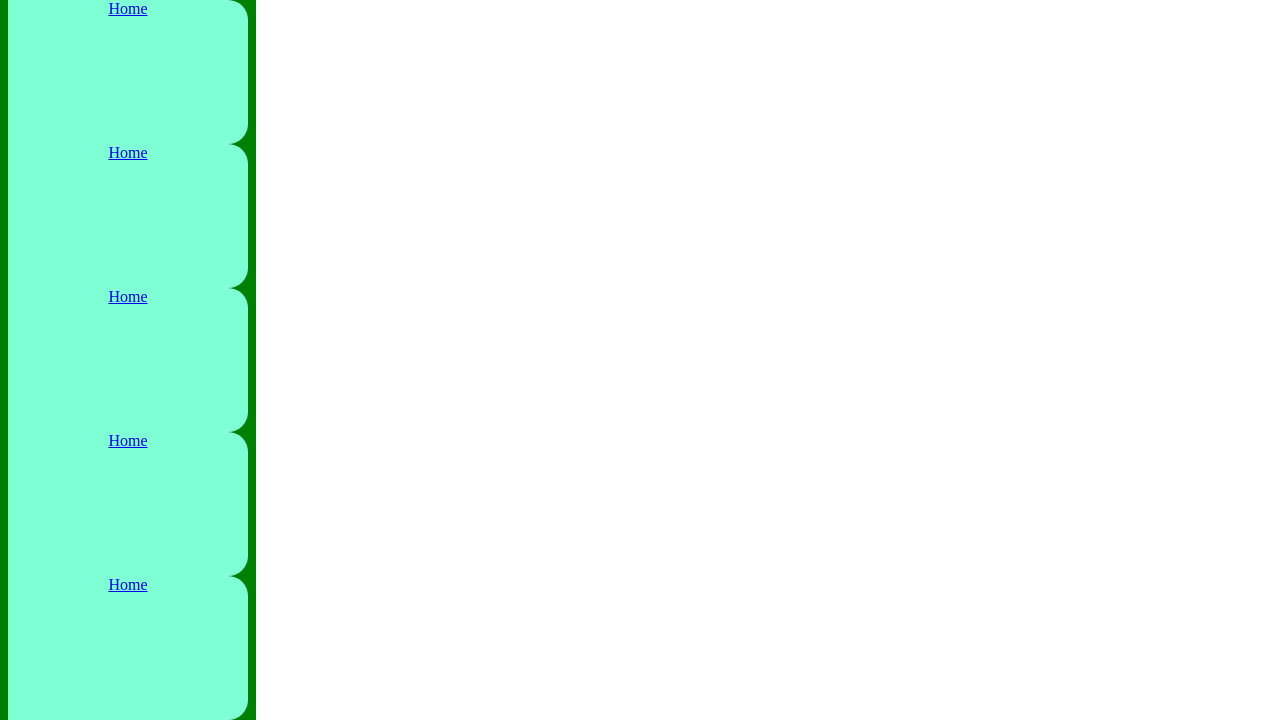
Repository: Tahaa2t/Researchers
Page: /
An editor plug-in stored every save of this project. The page is shown before and after the next save, followed by the edit.
The browser window is 1280 px wide. The pictures show the whole page.
The project was rebuilt for these pictures with package versions that can differ from the ones it lists, and the page was loaded fresh each time. Also part of the build but not shown: src/Components/loginform.js, src/Components/HomePage.js.

Above is the page before, as saved 2023-07-05 20:40:06.

### src/App.js
import { BrowserRouter, Routes, Route } from "react-router-dom";
import "./App.css"
import LoginForm from "./Components/loginform"
import HomePage from "./Components/HomePage";
import Navbar from "./Components/Navbar";

// color pallet
// #3aa6b9
// #D0E8E1
// #348472


function App() {



  return (
    <div className="App">

      {/* <LoginForm /> */}
      <Navbar />
      {/* <BrowserRouter>
        <Routes>
          <Route path="/" Component={<LoginForm />} />
          <Route path="/home" Component={<HomePage />} />
        </Routes>
      </BrowserRouter> */}
    </div>
  );
}

export default App;

### src/Components/Navbar.js
import React, { useState } from "react";
import { useNavigate } from 'react-router-dom';
import axios from 'axios';
import "./css/navbarstyle.css";

const Navbar = () => {
  return (
    <div className="navbar-boundry">
      <nav className="nav-setting">
        <a className="btn home-btn" href="/#">
          Home
        </a>
        <a className="btn home-btn" href="/#">
          Home
        </a>
        <a className="btn home-btn" href="/#">
          Home
        </a>
        <a className="btn home-btn" href="/#">
          Home
        </a>
        <a className="btn home-btn" href="/#">
          Home
        </a>

      </nav>





    </div>
  )
}

export default Navbar

### src/Components/css/loginstyle.css
@import url('https://fonts.googleapis.com/css?family=Josefin+Sans');


/* notes

---centering something---
display: flex;
  justify-content: center;
  align-items: center;



--- neechay ya uper se qareeb krna ho tou---
.check-btn {
  position: relative;
  bottom: 3em;
}
*/


* {
  margin: 0;
  box-sizing: border-box;
}

.page {
  background-color: #3aa6b9;
  height: 100vh;
  width: 100%;
  display: flex;
  justify-content: space-around;
  align-items: center;
  font-family: 'Josefin Sans', cursive;
}

.cover {
  background-image: linear-gradient(#D0E8E1, rgba(178, 209, 233, 0));
  width: 50%;
  min-width: 240px;
  max-width: 800px;
  height: 620px;
  position: fixed;
  border-radius: 0.5em;
  display: flex;
  flex: 1 1 200;
  flex-direction: column;
  align-items: center;
  justify-content: space-evenly;
  flex-wrap: wrap;
}

h1 {
  color: rgb(3, 45, 77);
  display: flex;
  flex-wrap: wrap;
}

.user-input {

  display: flex;
  /* flex-direction: column; */
  justify-content: space-evenly;
  width: 80%;
  height: 10%;
  flex-wrap: wrap;
  /* background-color: green; */
}
input[type=text]{
  background-color: rgba(0,0,0,0);
  border-color: #348472;
  border-radius: 8px 8px 8px 8px;
  border-width: 10%;
  border-style: solid;
  display: flex;
  justify-content: space-evenly;
  margin: 8px;
  /* outline-color: rgb(6, 106, 183); */
  height: 44px;
  width: 240px;
  /* bottom: -1.5em; */
}


input[type=password]{
  background-color: rgba(0,0,0,0);
  border-color: #348472;
  border-radius: 8px 8px 8px 8px;
  border-width: 10%;
  border-style: solid;
  display: flex;
  justify-content: space-evenly;
  margin: 8px;
  /* outline-color: rgb(6, 106, 183); */
  height: 44px;
  width: 240px;
  /* position: relative;
  top: -1.5em; */
}

input:focus {
  background-color: #348472;
  opacity: 50%;
}

.line{
  text-decoration: underline;
  color: black;
}

.login-btn {
  appearance: none;
  background-color: rgba(0,0,0,0);
  border-width: 0;
  box-sizing: border-box;
  color: black;
  cursor: pointer;
  display: inline-block;
  font-family: Clarkson,Helvetica,sans-serif;
  font-size: 14px;
  font-weight: 500;
  letter-spacing: 0;
  line-height: 1em;
  margin: 0;
  opacity: 1;
  outline: 0;
  padding: 1.5em 2.2em;
  position: relative;
  text-align: center;
  text-decoration: none;
  text-rendering: geometricprecision;
  text-transform: uppercase;
  transition: opacity 300ms cubic-bezier(.694, 0, 0.335, 1),background-color 100ms cubic-bezier(.694, 0, 0.335, 1),color 100ms cubic-bezier(.694, 0, 0.335, 1);
  user-select: none;
  -webkit-user-select: none;
  touch-action: manipulation;
  vertical-align: baseline;
  white-space: nowrap;
  display: flex;
  justify-content: center;
  align-items: center;
}

.login-btn:before {
  animation: opacityFallbackOut .5s step-end forwards;
  backface-visibility: hidden;
  background-color: #348472;
  opacity: 50%;
  clip-path: polygon(-1% 0, 0 0, -25% 100%, -1% 100%);
  content: "";
  height: 100%;
  left: 0;
  position: absolute;
  top: 0;
  transform: translateZ(0);
  transition: clip-path .5s cubic-bezier(.165, 0.84, 0.44, 1), -webkit-clip-path .5s cubic-bezier(.165, 0.84, 0.44, 1);
  width: 100%;
}

.login-btn:hover:before {
  animation: opacityFallbackIn 0s step-start forwards;
  clip-path: polygon(0 0, 101% 0, 101% 101%, 0 101%);
}

.login-btn:after {
  background-color: #FFFFFF;
}

.login-btn span {
  z-index: 1;
  position: relative;
}


.check-btn input {
  display:inline-block;
  margin-right:10px;
}
.check-btn p {
  display:inline-block;
}



/* use state */
.hide {
  display: none;
}

.login-popup {
  position: absolute;
  width: 40em;
  height: 35em;
  display: flex;
  flex-direction: column;
  align-items: center;
  justify-content: center;
  border-radius: 0.25em;
  outline-color: rgb(3, 58, 101);
  background-color: rgba(0,0,0,0);
  backdrop-filter: blur(5px);
  /* color: rgb(3, 58, 101); */
  bottom: 0;
  transform: scale(1);
  transform: 1.5s;
}

### src/Components/css/navbarstyle.css
* {
  margin: 0;
  box-sizing: border-box;
}

nav {
  width: 20%;
  height: 100%;
  background-color: green;
  display: flex;
  justify-content: center;
  align-items: center;
  flex-direction: column;
  position: fixed;
}
.btn {
  background-color: aquamarine;
  width: 94%;
  border-radius: 0px 20px 20px 0px;
  /* height: 10px; */
  /* margin: 1px;  */
  display: flex;
  flex: 2;
  justify-content: center;
  align-content: center;
}

/* .btn button {
  background-color: blue;
  border: none;
  border-radius: 8px;
  color: white;
  padding: 20% 20%;
  text-align: center;
  text-decoration: none;
  font-weight: 500;
  display: inline-block;
  font-size: 16px;
  justify-content: space-evenly;
  margin: 2px;

} */

Loaded but not shown: public/index.html (common file); src/index.js (common file); src/reportWebVitals.js (common file); src/App.css (common file)

After the next save:
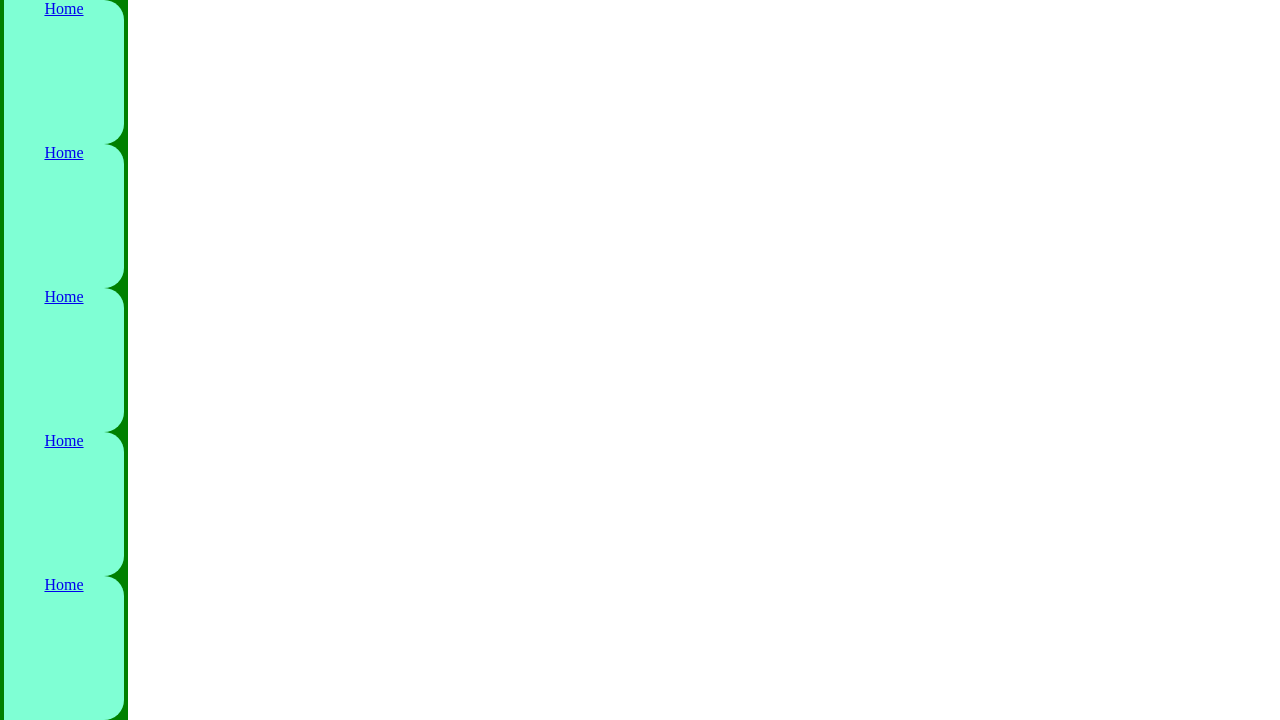
Saved 5 s later.
--- a/src/Components/css/navbarstyle.css
+++ b/src/Components/css/navbarstyle.css
@@ -4,7 +4,7 @@
 }
 
 nav {
-  width: 20%;
+  width: 10%;
   height: 100%;
   background-color: green;
   display: flex;
